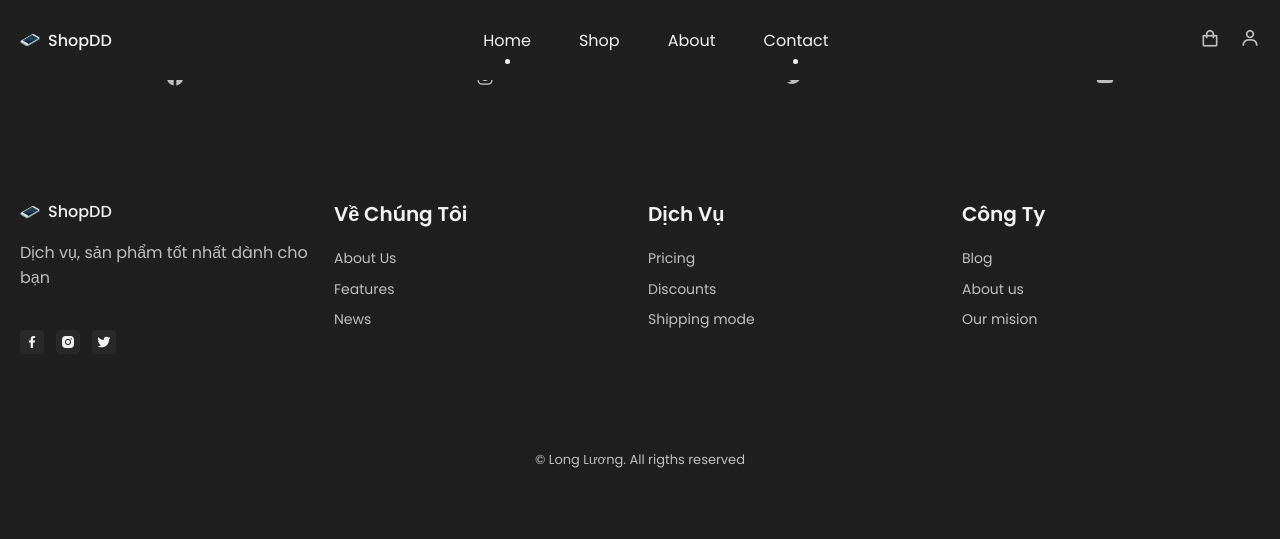
Repository: long5122000/Shopc
Page: contact.html
An editor plug-in stored every save of this project. The page is shown before and after the next save, followed by the edit.
The browser window is 1280 px wide. The pictures show the whole page.
The style sheet was rebuilt from its Sass, Less or Tailwind sources for each picture, by a compiler version that may differ from the author's.

Above is the page before, as saved 2021-12-01 09:42:07.

### contact.html
<!DOCTYPE html>
<html lang="en">
  <head>
    <meta charset="UTF-8" />
    <meta http-equiv="X-UA-Compatible" content="IE=edge" />
    <meta name="viewport" content="width=device-width, initial-scale=1.0" />
    <title>ShopDD</title>
    <link rel="shortcut icon" href="favicon.png" type="image/x-icon" />
    <link
      rel="stylesheet"
      href="https://unpkg.com/swiper@7/swiper-bundle.min.css"
    />
    <link
      rel="stylesheet"
      href="https://cdn.jsdelivr.net/npm/boxicons@latest/css/boxicons.min.css"
    />
    <link rel="stylesheet" href="./css/app.css" />
  </head>
  <body>
    <header class="header" id="header">
      <nav class="nav container">
        <a href="" class="nav__logo">
          <img src="./images/logo-3.png" alt="" class="nav__logo-img" />
          ShopDD
        </a>
        <div class="nav__menu" id="nav-menu">
          <ul class="nav__list">
            <li class="nav__item">
              <a href="./index.html" class="nav__link active-link">Home</a>
            </li>
            <li class="nav__item">
              <a href="#" class="nav__link">Shop</a>
            </li>
            <li class="nav__item">
              <a href="./about.html" class="nav__link">About</a>
            </li>
            <li class="nav__item">
              <a href="./contact.html" class="nav__link">Contact</a>
            </li>

            <!-- <a href="" class="button button--ghost">Support</a> -->
          </ul>

          <div class="nav__close" id="nav-close">
            <i class="bx bx-x"></i>
          </div>
          <!-- <img src="./images/nav-img.png" alt="" class="nav__img" /> -->
        </div>
        <div class="nav__btns">
          <!-- Theme change button -->

          <div class="nav__shop" id="cart-shop">
            <i class="bx bx-shopping-bag"></i>
          </div>

          <div class="nav__shop" id="info-user">
            <i class="bx bx-user"></i>
          </div>

          <div class="nav__toggle" id="nav-toggle">
            <i class="bx bx-grid-alt"></i>
          </div>
        </div>
      </nav>
    </header>

    <div class="cart" id="cart">
      <i class="bx bx-x cart__close" id="cart-close"></i>

      <h2 class="cart__title-center">My Cart</h2>

      <div class="cart__container">
        <article class="cart__card">
          <div class="cart__box">
            <img src="./images/new-1.png" alt="" class="cart__img" />
          </div>

          <div class="cart__details">
            <h3 class="cart__title">Jazzmaster</h3>
            <span class="cart__price">$1050</span>

            <div class="cart__amount">
              <div class="cart__amount-content">
                <span class="cart__amount-box">
                  <i class="bx bx-minus"></i>
                </span>

                <span class="cart__amount-number">1</span>

                <span class="cart__amount-box">
                  <i class="bx bx-plus"></i>
                </span>
              </div>

              <i class="bx bx-trash-alt cart__amount-trash"></i>
            </div>
          </div>
        </article>

        <article class="cart__card">
          <div class="cart__box">
            <img src="./images/new-3.png" alt="" class="cart__img" />
          </div>

          <div class="cart__details">
            <h3 class="cart__title">Rose Gold</h3>
            <span class="cart__price">$850</span>

            <div class="cart__amount">
              <div class="cart__amount-content">
                <span class="cart__amount-box">
                  <i class="bx bx-minus"></i>
                </span>

                <span class="cart__amount-number">1</span>

                <span class="cart__amount-box">
                  <i class="bx bx-plus"></i>
                </span>
              </div>

              <i class="bx bx-trash-alt cart__amount-trash"></i>
            </div>
          </div>
        </article>

        <article class="cart__card">
          <div class="cart__box">
            <img src="./images/new-5.png" alt="" class="cart__img" />
          </div>

          <div class="cart__details">
            <h3 class="cart__title">Longines Rose</h3>
            <span class="cart__price">$980</span>

            <div class="cart__amount">
              <div class="cart__amount-content">
                <span class="cart__amount-box">
                  <i class="bx bx-minus"></i>
                </span>

                <span class="cart__amount-number">1</span>

                <span class="cart__amount-box">
                  <i class="bx bx-plus"></i>
                </span>
              </div>

              <i class="bx bx-trash-alt cart__amount-trash"></i>
            </div>
          </div>
        </article>
        <article class="cart__card">
          <div class="cart__box">
            <img src="./images/new-5.png" alt="" class="cart__img" />
          </div>

          <div class="cart__details">
            <h3 class="cart__title">Longines Rose</h3>
            <span class="cart__price">$980</span>

            <div class="cart__amount">
              <div class="cart__amount-content">
                <span class="cart__amount-box">
                  <i class="bx bx-minus"></i>
                </span>

                <span class="cart__amount-number">1</span>

                <span class="cart__amount-box">
                  <i class="bx bx-plus"></i>
                </span>
              </div>

              <i class="bx bx-trash-alt cart__amount-trash"></i>
            </div>
          </div>
        </article>
        <article class="cart__card">
          <div class="cart__box">
            <img src="./images/new-5.png" alt="" class="cart__img" />
          </div>

          <div class="cart__details">
            <h3 class="cart__title">Longines Rose</h3>
            <span class="cart__price">$980</span>

            <div class="cart__amount">
              <div class="cart__amount-content">
                <span class="cart__amount-box">
                  <i class="bx bx-minus"></i>
                </span>

                <span class="cart__amount-number">1</span>

                <span class="cart__amount-box">
                  <i class="bx bx-plus"></i>
                </span>
              </div>

              <i class="bx bx-trash-alt cart__amount-trash"></i>
            </div>
          </div>
        </article>
        <article class="cart__card">
          <div class="cart__box">
            <img src="./images/new-6.webp" alt="" class="cart__img" />
          </div>

          <div class="cart__details">
            <h3 class="cart__title">Longines Rose</h3>
            <span class="cart__price">$980</span>

            <div class="cart__amount">
              <div class="cart__amount-content">
                <span class="cart__amount-box">
                  <i class="bx bx-minus"></i>
                </span>

                <span class="cart__amount-number">1</span>

                <span class="cart__amount-box">
                  <i class="bx bx-plus"></i>
                </span>
              </div>

              <i class="bx bx-trash-alt cart__amount-trash"></i>
            </div>
          </div>
        </article>
      </div>

      <div class="cart__prices">
        <span class="cart__prices-item">3 items</span>
        <span class="cart__prices-total">$2880</span>
      </div>
    </div>

    <div class="info" id="info">
      <i class="bx bx-x info__close" id="info-close"></i>
      <div class="info__btn">
        <a href="./login.html" class="button">Đăng nhập</a>
        <a href="./register.html" class="button">Đăng Ký</a>
      </div>
    </div>
    <main class="main">
      <section class="contact container" id="contact">
        <h1 class="contact__title">Hãy Kết Nối Với Chúng Tôi</h1>
        <div class="contact__list">
          <i class="bx bxl-facebook-circle contact__item"></i>
          <i class="bx bxl-instagram contact__item"></i>
          <i class="bx bxl-twitter contact__item"></i>
          <i class="bx bxl-youtube contact__item"></i>
        </div>
      </section>
    </main>
    <footer class="footer section">
      <div class="footer__container container grid">
        <div class="footer__content">
          <a href="#" class="footer__logo">
            <img src="./images/logo-3.png" alt="" class="footer__logo-image" />
            ShopDD
          </a>
          <p class="footer__description">
            Dịch vụ, sản phẩm tốt nhất dành cho bạn
          </p>
          <div class="footer__social">
            <a
              href="https://www.facebook.com/"
              target="_blank"
              class="footer__social-link"
            >
              <i class="bx bxl-facebook"></i>
            </a>
            <a
              href="https://www.instagram.com/"
              target="_blank"
              class="footer__social-link"
            >
              <i class="bx bxl-instagram-alt"></i>
            </a>
            <a
              href="https://twitter.com/"
              target="_blank"
              class="footer__social-link"
            >
              <i class="bx bxl-twitter"></i>
            </a>
          </div>
        </div>
        <div class="footer__content">
          <h3 class="footer__title">Về Chúng Tôi</h3>
          <ul class="footer__links">
            <li>
              <a href="" class="footer__link">About Us</a>
            </li>
            <li>
              <a href="" class="footer__link">Features</a>
            </li>
            <li>
              <a href="" class="footer__link">News</a>
            </li>
          </ul>
        </div>
        <div class="footer__content">
          <h3 class="footer__title">Dịch Vụ</h3>
          <ul class="footer__links">
            <li>
              <a href="" class="footer__link">Pricing</a>
            </li>
            <li>
              <a href="" class="footer__link">Discounts</a>
            </li>
            <li>
              <a href="" class="footer__link">Shipping mode</a>
            </li>
          </ul>
        </div>
        <div class="footer__content">
          <h3 class="footer__title">Công Ty</h3>
          <ul class="footer__links">
            <li>
              <a href="" class="footer__link">Blog</a>
            </li>
            <li>
              <a href="" class="footer__link">About us</a>
            </li>
            <li>
              <a href="" class="footer__link">Our mision</a>
            </li>
          </ul>
        </div>
      </div>

      <span class="footer__copy">&#169; Long Lương. All rigths reserved</span>

      <div class="modal" id="modal__view">
        <div class="modal__main">
          <i class="bx bx-x modal__close" id="modal-close"></i>
          <div class="modal__image">
            <img src="./images/new-1.png" alt="" />
          </div>
          <div class="modal__content">
            <h3 class="modal__title">Tivi</h3>
            <p class="modal__desc">
              Lorem ipsum dolor sit amet consectetur adipisicing elit. Repellat
              laborum facilis harum quis aperiam laboriosam quasi deleniti velit
              est rerum animi consectetur voluptate culpa, quas, dolor illum
              fugit exercitationem sapiente?
            </p>
            <div class="modal__price">$167</div>
          </div>
          <a href="#!" class="button modal__button">Xem chi tiết</a>
        </div>
      </div>

      <!-- <img src="./images/footer1-img.png" alt="" class="footer__image-one" />
      <img src="./images/footer2-img.png" alt="" class="footer__image-two" /> -->
    </footer>

    <a href="#" class="scrollup" id="scroll-up">
      <i class="bx bx-up-arrow-alt scrollup__icon"></i>
    </a>
    <script src="https://unpkg.com/swiper@7/swiper-bundle.min.js"></script>
    <script src="scripts/scrollreveal.min.js"></script>
    <script src="./scripts/app.js"></script>
  </body>
</html>

### sass/app.scss
@import "variables";
@import "reset";
@import "mixin";
@import "base";
@import "header";
@import "cart";
@import "search";
@import "info";
@import "home";
@import "category";
@import "about";
@import "hot";
@import "discount";
@import "new";
@import "newsletter";
@import "footer";
@import "modal";
@import "scroll";
@import "register";
@import "login";
@import "contact";
@import "breakpoints";

### sass/_variables.scss
@import url("https://fonts.googleapis.com/css2?family=Poppins:wght@400;500;600;900&display=swap");
:root {
  --header-height: 3.5rem;
  /* Colors */
  --hue: 14;
  --first-color: hsl(var(--hue), 91%, 54%);
  --menu-color: hsl(31, 76%, 74%);
  --button-color: hsl(0, 0%, 24%);
  --button-color-alt: hsl(0, 0%, 28%);
  --title-color: hsl(0, 0%, 95%);
  --text-color: hsl(0, 0%, 75%);
  --body-color: hsl(0, 0%, 12%);
  --container-color: hsl(0, 0%, 16%);
  --border-color: hsl(0, 0%, 20%);
  --border-color: hsl(0, 0%, 94%);
  --dark1: #3e363f;
  --dark2: #212527;
  --light1: #fffce8;
  --light2: #edf7f6;
  --red: #df4747;
  --green: #47df5b;
  --transition250: all 250ms ease-in-out;
  --transition500: all 500ms ease-in-out;
  /* Font and typography */
  --body-font: "Poppins", sans-serif;
  --biggest-font-size: 2rem;
  --h1-font-size: 1.5rem;
  --h2-font-size: 1.25rem;
  --h3-font-size: 1rem;
  --normal-font-size: 0.938rem;
  --small-font-size: 0.813rem;
  /* font weight */
  --font-medium: 500;
  --font-semi-bold: 600;
  --font-black: 900;
  /* margenes bottom */
  --mb-0-25: 0.25rem;
  --mb-0-5: 0.5rem;
  --mb-0-75: 0.75rem;
  --mb-1: 1rem;
  --mb-1-5: 1.5rem;
  --mb-2: 2rem;
  --mb-2-5: 2.5rem;
  /* z-index */
  --z-tooltip: 10;
  --z-fixed: 100;

  @media screen and (min-width: 992px) {
    --biggest-font-size: 4rem;
    --h1-font-size: 2.25rem;
    --h2-font-size: 1.5rem;
    --h3-font-size: 1.25rem;
    --normal-font-size: 1rem;
    --small-font-size: 0.875rem;
    --smaller-font-size: 0.813rem;
  }
}

/*=============== GOOGLE FONTS ===============*/

### sass/_reset.scss
html {
  box-sizing: border-box;
}
* {
  margin: 0;
  padding: 0;
}
*,
*:before,
*:after {
  box-sizing: border-box;
}
input,
textarea,
select,
button {
  outline: none;
  border: none;
}
input {
  line-height: normal;
}
label,
button {
  cursor: pointer;
}
a {
  text-decoration: none;
}
img {
  display: block;
  max-width: 100%;
}

### sass/_mixin.scss
@mixin flex(
  $align: flex-start,
  $justify: flex-start,
  $wrap: nowrap,
  $dir: row
) {
  display: flex;
  justify-content: $justify;
  align-items: $align;
  flex-wrap: $wrap;
  flex-direction: $dir;
}
@mixin maxw($breakpoint) {
  @media screen and (max-width: $breakpoint) {
    @content;
  }
}
@mixin minw($breakpoint) {
  @media screen and (min-width: $breakpoint) {
    @content;
  }
}
@mixin center {
  display: flex;
  justify-content: center;
  align-items: center;
}

### sass/_base.scss
* {
  box-sizing: border-box;
  padding: 0;
  margin: 0;
}
html {
  scroll-behavior: smooth;
}
body {
  margin: var(--header-height) 0 0 0;
  font-family: var(--body-font);
  font-size: var(--normal-font-size);
  background: var(--body-color);
  color: var(--text-color);
}
h1,
h2,
h3,
h4 {
  color: var(--title-color);
  font-weight: var(--font-semi-bold);
}
ul {
  list-style: none;
}
.section {
  padding: 4.5rem 0 2rem;
}
.section__title {
  font-size: var(--h2-font-size);
  margin-bottom: var(--mb2);
  text-align: center;
}
.container {
  max-width: 1240px;
  margin-left: var(--mb-1-5);
  margin-right: var(--mb-1-5);
}
.grid {
  display: grid;
}
.main {
  overflow: hidden;
}
::-webkit-scrollbar {
  width: 0.6rem;
  background: #413e3e;
}
::-webkit-scrollbar-thumb {
  background: #272525;
  border-radius: 0.5rem;
}
.button {
  display: inline-block;
  background-color: var(--first-color);
  color: var(--title-color);
  padding: 1rem 1.75rem;
  border-radius: 0.5rem;
  font-weight: var(--font-medium);
  transition: 0.3s;
  &:hover {
    background-color: var(--first-color-alt);
  }
  &--ghost {
    border: 2px solid;
    background-color: transparent;
    border-radius: 3rem;
    padding: 0.75rem 1.5rem;
    &:hover {
      background: none;
    }
  }
  &__icon {
    font-size: 1.25rem;
  }
  &--link {
    color: var(--title-color);
  }
  &--flex {
    display: inline-flex;
    align-items: center;
    column-gap: 0.5rem;
  }
}

### sass/_search.scss
.search-box {
  width: 1px;
  height: 30px;
  background-color: rgb(88, 88, 88);
  position: relative;

  transition: all 0.5s ease;
  border-radius: 15px;
}

.search-box.open {
  width: 220px;
}

.search-input {
  width: 100%;
  height: 100%;
  border: none;
  box-shadow: none;
  background: transparent;
  color: #fff;
  padding: 20px 20px;
  font-size: 20px;
}

.search-btn {
  color: rgba(191, 191, 191);
  outline: none;
  border: none;

  position: absolute;
  right: -0;
  top: 0;
  cursor: pointer;
  font-size: 25px;
  background-color: transparent;
}

### sass/_info.scss
.info {
  position: fixed;
  background-color: rgb(59, 59, 59);
  z-index: var(--z-fixed);
  width: 100%;
  height: 100%;
  top: 0;
  right: -100%;
  padding: 5.5rem 1rem;
  transition: 0.4s;
  overflow-y: scroll;
  &__close {
    font-size: 2rem;
    color: var(--title-color);
    position: absolute;
    top: 1.25rem;
    right: 0.9rem;
    cursor: pointer;
  }
}
.show-info {
  right: 0;
}

### sass/_home.scss
.home {
  &__content {
    row-gap: 1rem;
  }
  &__group {
    display: grid;
    position: relative;
    padding-top: 2rem;
  }
  &__image {
    height: 250px;
    justify-self: center;
  }
  &__indicator {
    width: 8px;
    height: 8px;
    background-color: var(--title-color);
    border-radius: 50%;
    position: absolute;
    top: 7rem;
    right: 2rem;
    &::after {
      content: "";
      position: absolute;
      width: 1px;
      height: 48px;
      background-color: var(--title-color);
      top: -3rem;
      right: 45%;
    }
  }
  &__details {
    &-img {
      position: absolute;
      right: 0.5rem;
    }
    &-title,
    &-subtitle {
      display: block;
      font-size: var(--small-font-size);
      text-align: right;
    }
  }
  &__subtitle {
    font-size: var(--h3-font-size);
    text-transform: uppercase;
    margin-bottom: var(--mb-1);
  }
  &__title {
    font-size: var(--biggest-font-size);
    font-weight: var(--font-black);
    line-height: 109%;
    margin-bottom: var(--mb-1);
  }
  &__description {
    margin-bottom: var(--mb-1);
  }
  &__buttons {
    @include flex(center, space-between);
  }
}

.swiper {
  &-pagination {
    position: initial;
    margin-top: var(--mb-1);
    &-bullet {
      width: 5px;
      height: 5px;
      background-color: var(--title-color);
      opacity: 1;
    }
  }
}
.swiper-pagination-horizontal.swiper-pagination-bullets .swiper-pagination-bullet {
  margin: 0 0.5rem;
}
.swiper-pagination-bullet-active {
  width: 1.5rem;
  height: 5px;
  border-radius: 0.5rem;
}

### sass/_category.scss
.category {
  &__container {
    grid-template-columns: repeat(2, 1fr);
    gap: 1rem 2rem;
  }
  &__data {
    text-align: center;
  }
  &__image {
    width: 120px;
    margin: 0 auto;
    transition: 0.3s;
  }
  &__title {
    margin-bottom: var(--mb-0-25);
  }
  &__data:hover {
    .category {
      &__image {
        transform: translateY(-0.5rem);
      }
    }
  }
}
.scroll {
  &-header {
    background: var(--container-color);
  }
}

### sass/_about.scss
.about {
  &__container {
    row-gap: 2rem;
  }
  &__data {
    text-align: center;
  }
  &__description {
    margin-bottom: var(--mb-2);
  }
  &__image {
    width: 200px;
    justify-self: center;
  }
}

### sass/_hot.scss
.hot {
  &__container {
    grid-template-columns: repeat(2, 1fr);
    gap: 1.5rem;
    padding: 1rem;
  }
  &__content {
    position: relative;
    background: var(--container-color);
    border-radius: 1rem;
    padding: 1.5rem 0 1rem 0;
    text-align: center;
    overflow: hidden;

    &:hover .hot__image {
      transform: translateY(-0.5rem);
    }
    &:hover .hot__button {
      right: 0;
    }
  }
  &__image {
    width: 90px;
    transition: 0.3s;
    margin: 0 auto;
  }
  &__subtitle,
  &__price {
    display: block;
  }
  &__subtitle {
    font-size: var(--smaller-font-size);
    margin-bottom: var(--mb-0-5);
  }
  &__title,
  &__price {
    color: var(--title-color);
    font-weight: var(--font-medium);
    font-size: var(--normal-font-size);
  }
  &__button {
    display: flex;
    flex-direction: column;
    gap: 5px 0;
    padding: 0.5rem;
    border-radius: 0.25rem 0.25rem 0.75rem 0.25rem;
    position: absolute;
    right: -3rem;
    bottom: 0;
  }
  &__icon {
    font-size: 1.25rem;
    color: var(--title-color);
    &--bt {
      border-bottom: 1px solid gray;
      padding-bottom: 4px;
    }
    &:hover {
      color: var(--first-color);
    }
  }
}

### sass/_discount.scss
.discount {
  &__container {
    background: var(--container-color);
    border-radius: 1rem;
    padding: 2.5rem 0 1.5rem;
    row-gap: 0.75rem;
  }
  &__data {
    text-align: center;
  }
  &__title {
    font-size: var(--h2-font-size);
    margin-bottom: var(--mb-2);
  }
  &__image {
    width: 200px;
    justify-self: center;
  }
}

### sass/_newsletter.scss
.newsletter {
  &__description {
    text-align: center;
    margin-bottom: var(--mb-1-5);
  }
  &__form {
    background: var(--container-color);
    padding: 1rem;
    @include flex(center, space-between);
    // display: flex;
    // justify-content: space-between;
    border-radius: 0.75rem;
  }
  &__input {
    width: 70%;
    padding: 0 0.5rem;
    background: none;
    color: var(--title-color);
    &::placeholder {
      color: var(--text-color);
    }
  }
}

### sass/_footer.scss
.footer {
  position: relative;
  overflow: hidden;
  &__image {
    &-one,
    &-two {
      position: absolute;
      transition: 0.3s;
      &:hover {
        transform: translateY(-0.5rem);
      }
    }
    &-one {
      width: 100px;
      top: 6rem;
      right: -2rem;
    }
    &-two {
      width: 150px;
      bottom: 4rem;
      right: 4rem;
    }
  }
  &__container {
    row-gap: 2rem;
  }
  &__logo {
    @include flex(center);
    column-gap: 0.5rem;
    margin-bottom: var(--mb-1);
    font-weight: var(--font-medium);
    color: var(--title-color);
    &-image {
      width: 20px;
    }
  }
  &__description {
    margin-bottom: var(--mb-2-5);
  }
  &__social {
    display: flex;
    column-gap: 0.75rem;
    &-link {
      display: inline-flex;
      background: var(--container-color);
      padding: 0.25rem;
      border-radius: 0.25rem;
      color: var(--title-color);
      font-size: 1rem;
      &:hover {
        background: var(--body-color);
      }
    }
  }
  &__title {
    font-size: var(--h3-font-size);
    margin-bottom: var(--mb-1);
  }
  &__links {
    display: grid;
    row-gap: 0.35rem;
  }
  &__link {
    font-size: var(--small-font-size);
    color: var(--text-color);
    transition: 0.3s;
    &:hover {
      color: var(--title-color);
    }
  }
  &__copy {
    display: block;
    text-align: center;
    font-size: var(--smaller-font-size);
    margin-top: 4.5rem;
  }
}

### sass/_modal.scss
.modal {
  position: fixed;
  top: 0;
  height: 100%;
  width: 100%;
  background: var(--container-color);
  transition: var(--transition250);
  opacity: 0;
  visibility: hidden;
  z-index: 100;
  border-radius: 8px;
  &__main {
    display: grid;
    grid-template-columns: 1fr;
    padding: 0 10px;
  }
  &__image {
    height: 100%;
    width: 100%;
    margin-top: var(--mb-2-5);
  }
  &__title {
    font-size: var(--h1-font-size);
    text-align: center;
    margin-top: var(--mb-2);
    margin-bottom: var(--mb-1-5);
  }
  &__desc {
    margin-bottom: var(--mb-1-5);
  }
  &__price {
    font-size: var(--h2-font-size);
    color: var(--first-color);
    margin-bottom: var(--mb-1-5);
  }
  &__button {
    text-align: center;
  }
  &__close {
    position: absolute;
    right: 5px;
    top: 5px;
    font-size: 2.5rem;
  }
}
.show-modal {
  opacity: 1;
  visibility: unset;
}

### sass/_scroll.scss
.scrollup {
  position: fixed;
  background: var(--first-color);
  right: 1rem;
  bottom: -20%;
  display: inline-flex;
  padding: 0.3rem;
  border-radius: 0.25rem;
  z-index: var(--z-tooltip);
  opacity: 0.8;
  transition: 0.4s;
  &:hover {
    background: var(--container-color);
    opacity: 1;
  }
  &__icon {
    font-size: 1.2rem;
    color: var(--title-color);
  }
}
.show-scroll {
  bottom: 3rem;
}

### sass/_login.scss
.login {
  &__container {
    position: absolute;
    top: 50%;
    left: 50%;
    transform: translate(-50%, -50%);
    width: 300px;
    background: white;
    border-radius: 10px;
    box-shadow: 0px 0px 15px rgba(0, 0, 0, 0.05);
  }
  &__title {
    text-align: center;
    padding-top: 20px;
    color: var(--first-color);
  }
}
form {
  padding: 0 40px;
}
.form-control {
  position: relative;
  border-bottom: 2px solid #adadad;
  margin: 40px 0;
}

.form-control.success {
  border-bottom-color: var(--first-color);
}

.form-control.error {
  border-bottom-color: #e74c3c;
}

.form-control input {
  width: 100%;
  height: 40px;
  font-size: 16px;
  border: none;
  background: none;
  outline: none;
}

small {
  position: absolute;
  left: 0;
  top: 100%;
  margin-top: 3px;
  color: #e74c3c;
}

.form-control span::before {
  content: "";
  position: absolute;
  top: 40px;
  left: 0;
  width: 0%;
  height: 2px;
  background: var(--first-color);
  transition: 0.3s;
}

.form-control input:focus ~ span::before {
  width: 100%;
}

input[type="submit"] {
  margin-top: 20px;
  width: 100%;
  height: 50px;
  border: 1px solid;
  background: var(--first-color);
  border-radius: 25px;
  font-size: 18px;
  color: #e9f4fb;
  font-weight: 700;
  cursor: pointer;
  outline: none;
  transition: 0.5s;
}

input[type="submit"]:hover {
  background-color: #fc7b6d;
}

.signup_link {
  margin: 25px 0;
  text-align: center;
  font-size: 16px;
  color: #666666;
}

.signup_link a {
  color: var(--first-color);
  text-decoration: none;
}

.signup_link a:hover {
  text-decoration: underline;
}

### sass/_contact.scss
.contact {
  margin-top: var(--mb-2);
  &__list {
    display: flex;
    justify-content: space-around;
  }
  &__item {
    font-size: 20px;
  }
}

Loaded but not shown: scripts/scrollreveal.min.js (library); scripts/app.js (146 lines, source omitted); sass/_breakpoints.scss (367 lines, source omitted); sass/_cart.scss (106 lines, source omitted); sass/_new.scss (84 lines, source omitted); sass/_header.scss (97 lines, source omitted); sass/_register.scss (100 lines, source omitted)

After the next save:
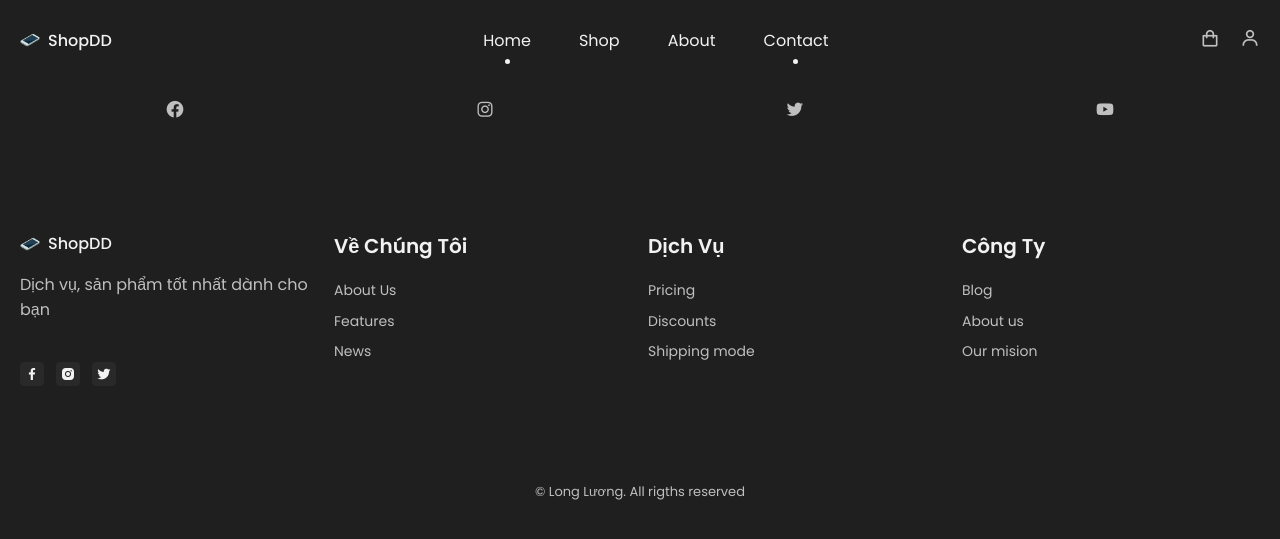
Saved 20 s later.
--- a/sass/_contact.scss
+++ b/sass/_contact.scss
@@ -1,6 +1,7 @@
 .contact {
   margin-top: var(--mb-2);
   &__list {
+    margin-top: var(--mb-2);
     display: flex;
     justify-content: space-around;
   }
